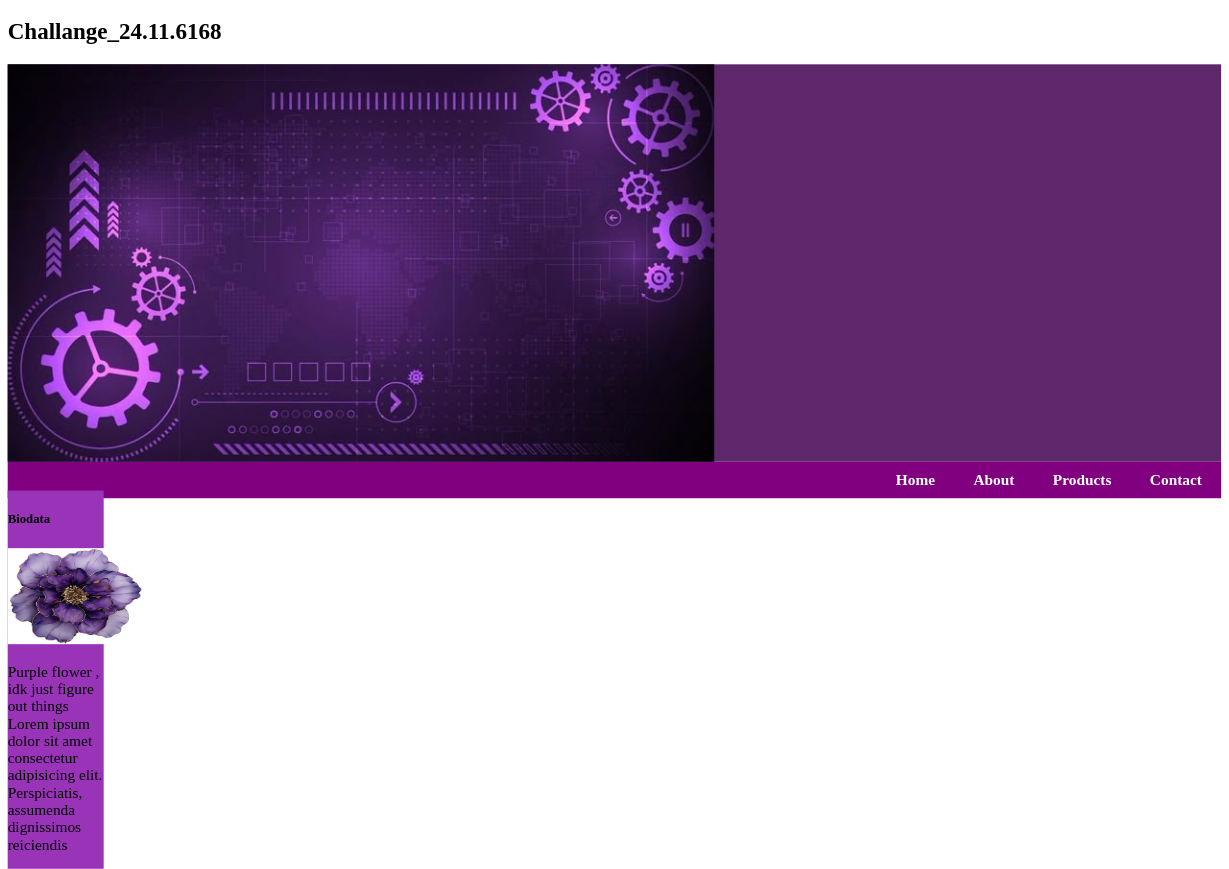
Repository: Ms-Ulfiyahrustam/p5_pemogramanweb
Page: index.html
An editor plug-in stored every save of this project. The page is shown before and after the next save, followed by the edit.
The browser window is 1280 px wide. The pictures show the whole page, at 96% of full size.

Above is the page before, as saved 2026-04-27 09:39:21.

After the next save:
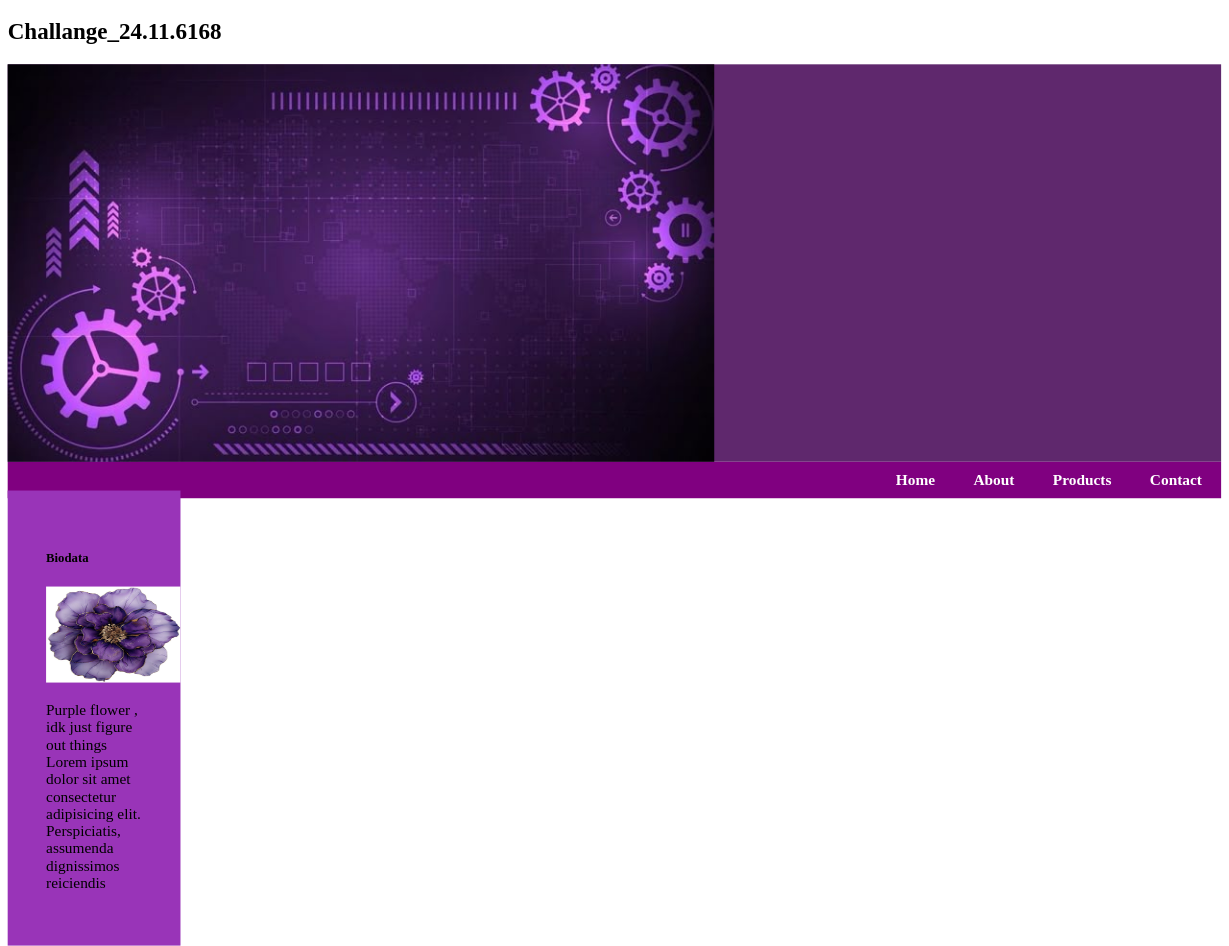
Saved 9 s later.
--- a/style.css
+++ b/style.css
@@ -11,7 +11,8 @@
     float:left;
     background-color: rgb(153, 52, 184);
     margin-top: 30px;
-        width:100px;
+    width:100px;
+     padding: 40px;
 
 
 }
